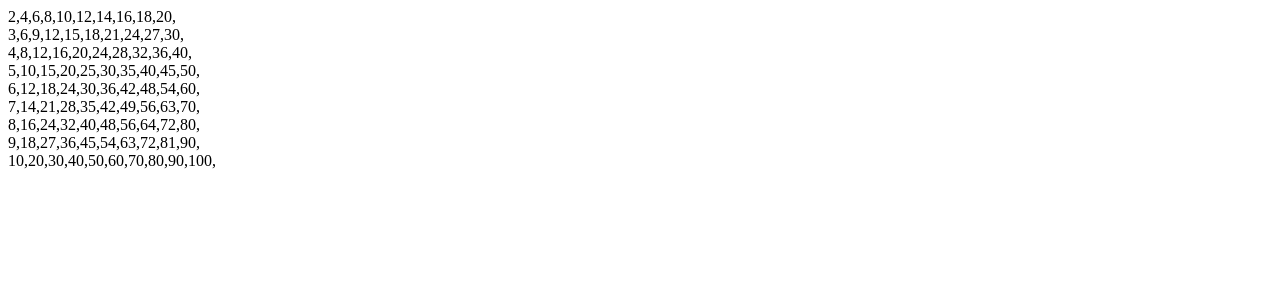
Repository: PoojaShirwaikar/BlockhainTest
Page: javascript/HtmlAssinment3/WebContent/ques4.html
These files come from the project's save history. The page is drawn as it stood at one moment and after the next save; the edit follows.
The browser window is 1280 px wide. The pictures show the whole page.
Some web libraries are served in a nearby version.

Above is the page before, as saved 2017-11-18 09:35:06.

After the next save:
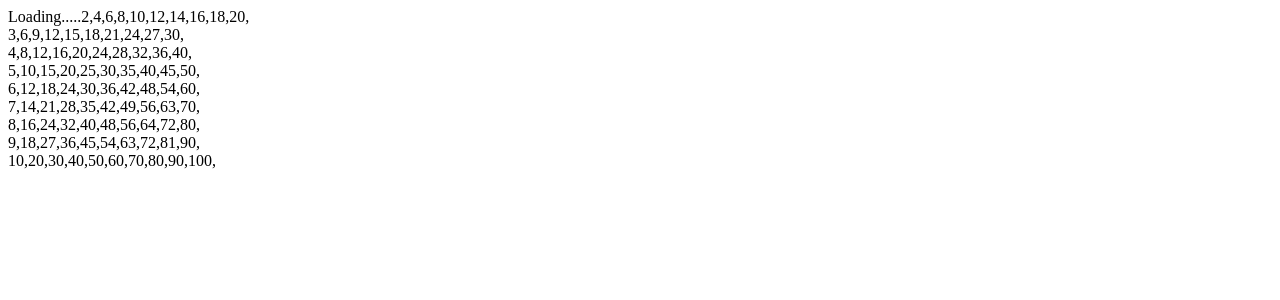
Saved 45 s later.
--- a/javascript/HtmlAssinment3/WebContent/ques4.html
+++ b/javascript/HtmlAssinment3/WebContent/ques4.html
@@ -8,7 +8,7 @@
 	$(function() {
 		var worker = new Worker('tables.js');
 		worker.onmessage = function(event) {
-			$('div').html(event.data);
+			$('div').append(event.data);
 		}
 	})
 </script>

After the save that followed:
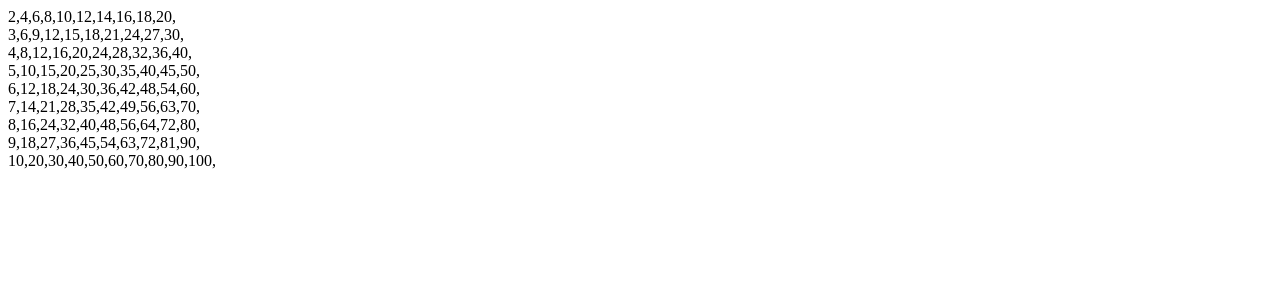
Saved 7 s later.
--- a/javascript/HtmlAssinment3/WebContent/ques4.html
+++ b/javascript/HtmlAssinment3/WebContent/ques4.html
@@ -8,7 +8,7 @@
 	$(function() {
 		var worker = new Worker('tables.js');
 		worker.onmessage = function(event) {
-			$('div').append(event.data);
+			$('div').html(event.data);
 		}
 	})
 </script>
